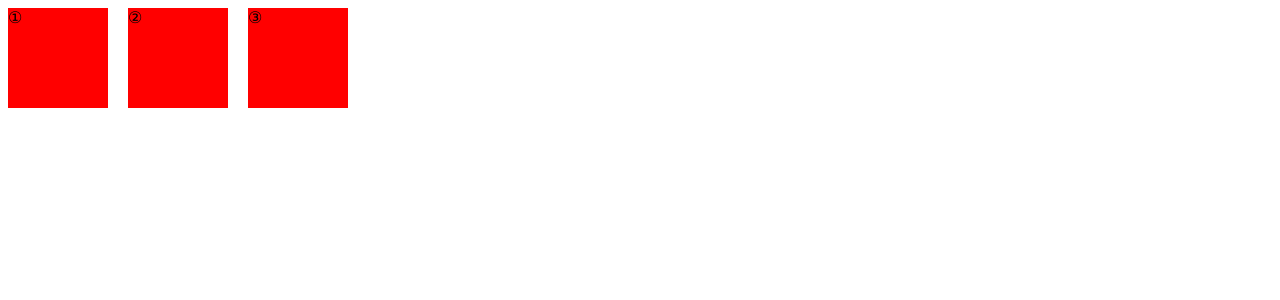
Repository: 9136424556/todo01
Page: coachtech/html-css/css1-17問.html
These files come from the project's save history. The page is drawn as it stood at one moment and after the next save; the edit follows.
The browser window is 1280 px wide. The pictures show the whole page.

Above is the page before, as saved 2023-12-01 03:59:49.

### coachtech/html-css/css1-17問.html
<link rel="stylesheet" href="css/css1-17問.css">
<div class="flex">
    <div class="box">①</div>
    <div class="box">②</div>
    <div class="box">③</div>
</div>

### coachtech/html-css/css/css1-17問.css
.flex{
    display: flex;
    flex-direction: row;
}
.box{
    background-color: red;
    margin-right: 20px;
    width: 100px;
    height: 100px;
}

After the next save:
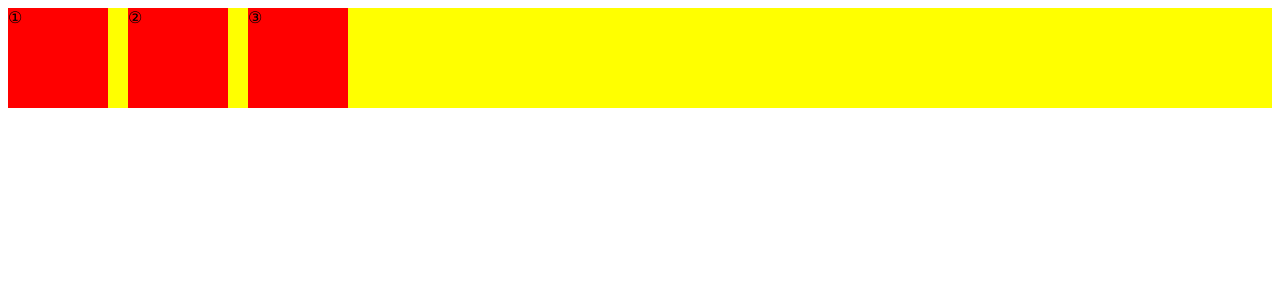
Saved 44 s later.
--- a/coachtech/html-css/css/css1-17問.css
+++ b/coachtech/html-css/css/css1-17問.css
@@ -1,6 +1,7 @@
 .flex{
     display: flex;
     flex-direction: row;
+    background-color: yellow;
 }
 .box{
     background-color: red;
